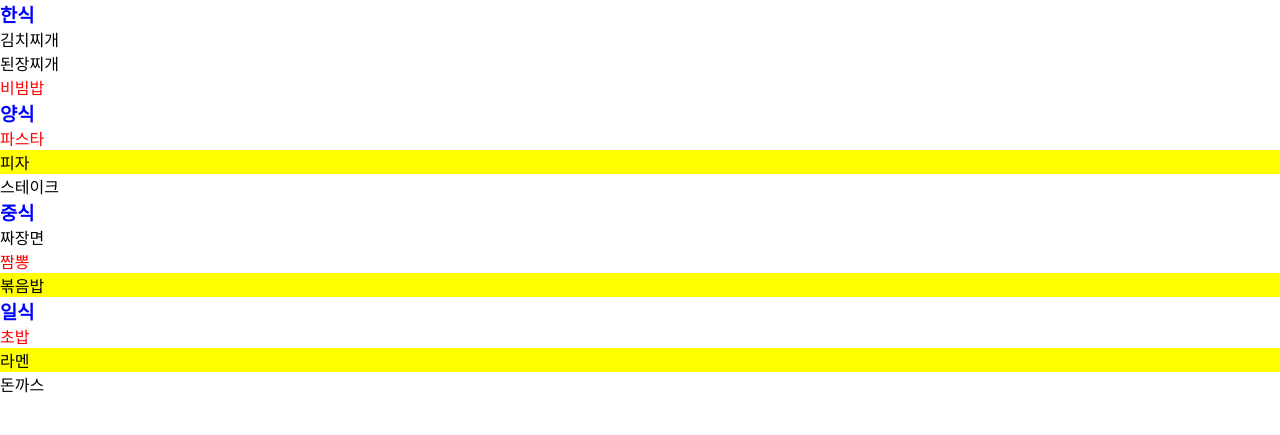
Repository: gwonjunsu95/html5
Page: html5/WebContent/day0205.html
These files come from the project's save history. The page is drawn as it stood at one moment and after the next save; the edit follows.
The browser window is 1280 px wide. The pictures show the whole page.

Above is the page before, as saved 2020-04-17 06:29:14.

After the next save:
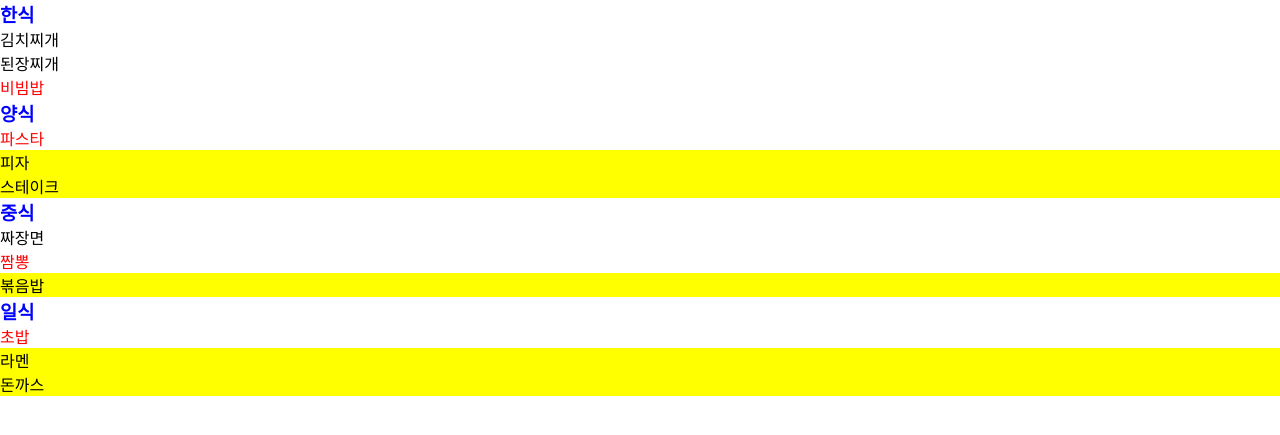
Saved 69 s later.
--- a/html5/WebContent/day0205.html
+++ b/html5/WebContent/day0205.html
@@ -20,7 +20,7 @@
 			color: red;
 		}
 
-		.like + li {
+		.like ~ li {
 			background: yellow;
 		}
 	</style>
